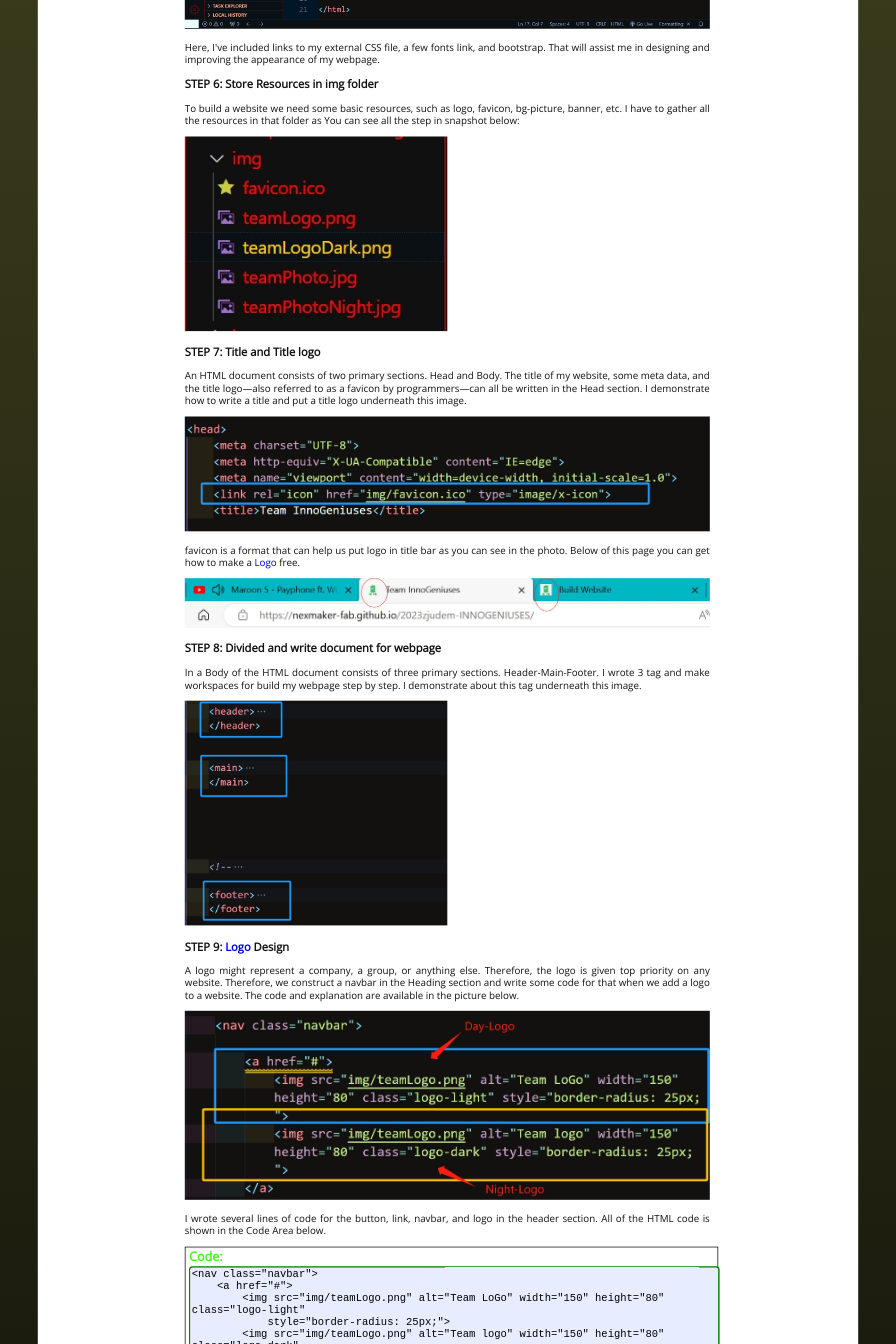
Repository: NexMaker-Fab/2023zjudem-INNOGENIUSES
Page: build web/page1.html
The author's editor kept a copy of each file at every save. The page is drawn from the files as they stood at one save, then again after the next save.
The browser window is 1280 px wide. The pictures show the part of the page from y = 4580 to 6500 px (the page is 11099 px tall), at 70% of full size.
An inner scrolling area shows only its first screen.

Above is the page before, as saved 2023-11-27 20:31:25.

After the next save:
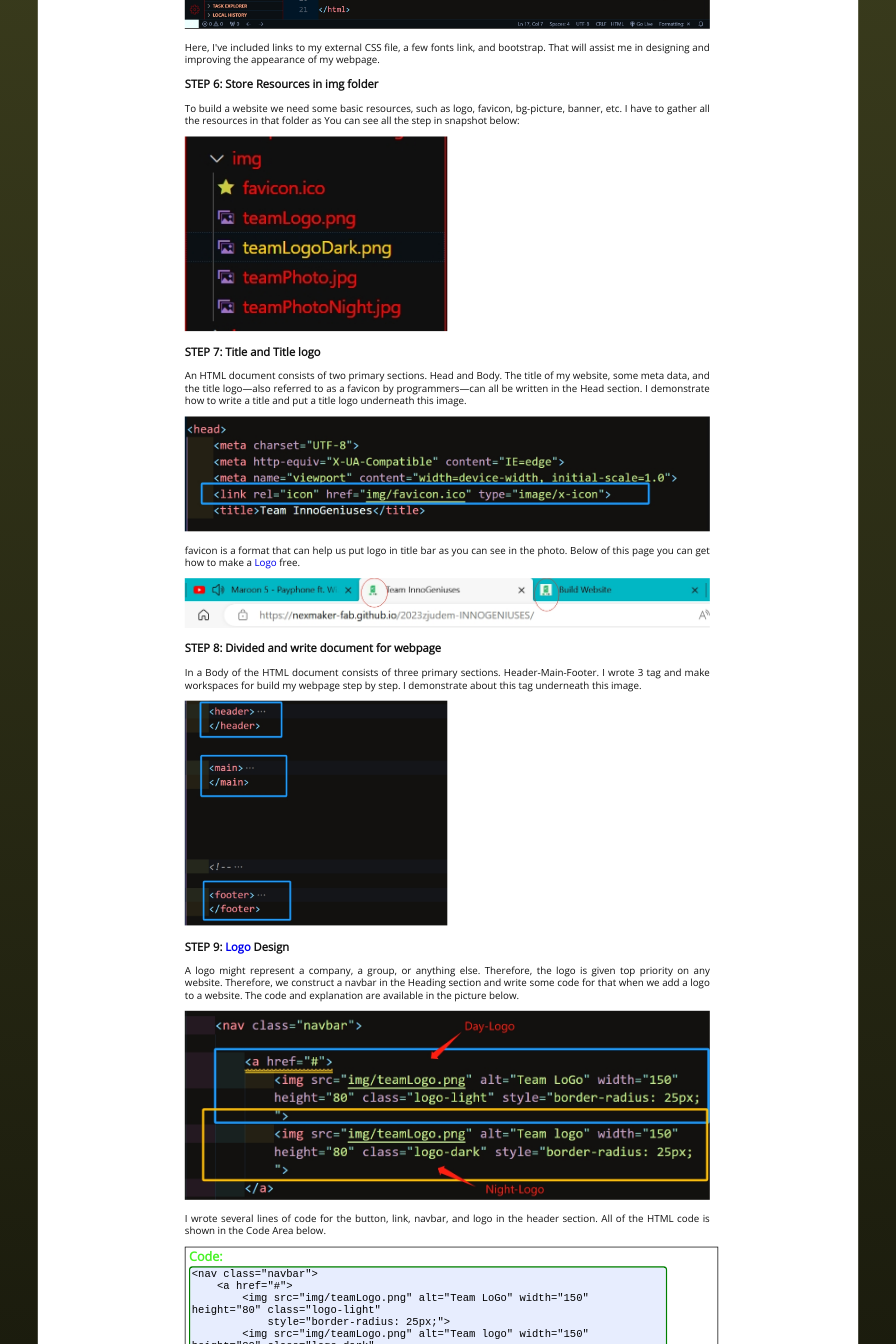
Saved 12 s later.
--- a/build web/styles.css
+++ b/build web/styles.css
@@ -454,8 +454,8 @@ ul#topnav li a:hover {
 }
 
 .code-boxes .code-box textarea {
-    height: 100%;
-    width: 100%;
+    height: 90%;
+    width: 90%;
     font-size: 15px;
     font-weight: 400;
     outline: none;
